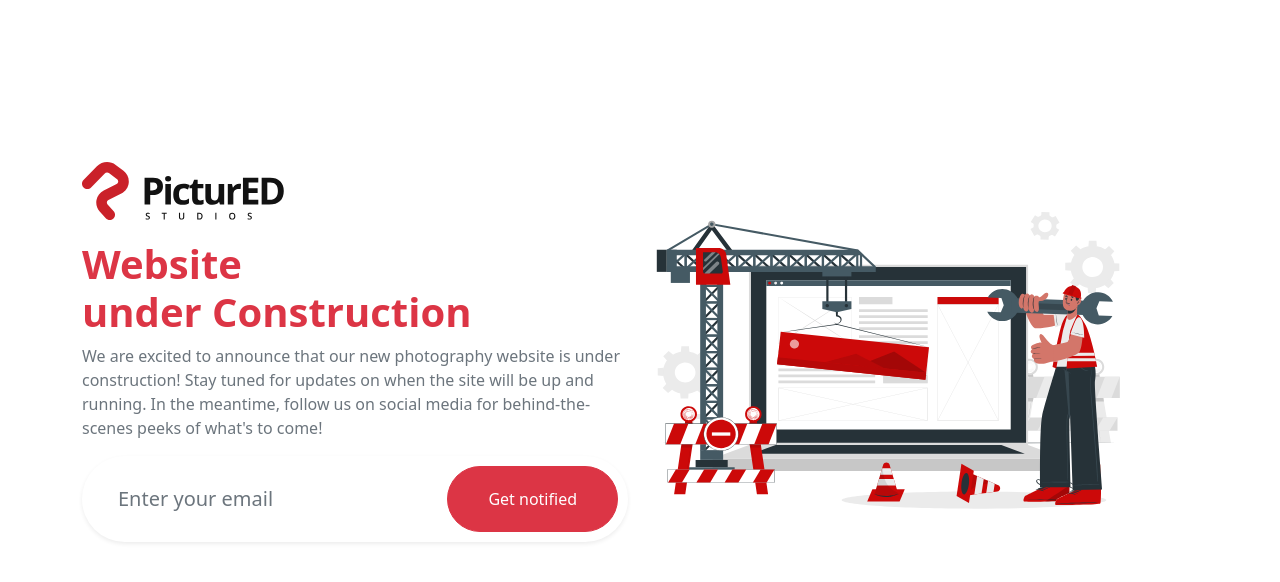
Repository: tHEO2k17/pictured
Page: /
An editor plug-in stored every save of this project. The page is shown before and after the next save, followed by the edit.
The browser window is 1280 px wide. The pictures show the whole page.
The project was rebuilt for these pictures with package versions that can differ from the ones it lists, and the page was loaded fresh each time.

Above is the page before, as saved 2022-09-14 14:30:30.

### src/index.scss
@import '~bootstrap/scss/bootstrap.scss';

.input-group {
  // border: 1px solid #eee;
  border-radius: 50px;
  padding: 10px 10px 10px 20px;
}

.input-group > :not(:first-child):not(.dropdown-menu):not(.valid-tooltip):not(.valid-feedback):not(.invalid-tooltip):not(.invalid-feedback) {
  margin-left: 20px;
  border-radius: 50px;
  font-size: 16px;
  padding: 20px 40px 20px 40px ;
}

.form-control {
  border: unset;
}

.form-control:focus {
  background-color: #fff;
  border-color: unset;
  outline: 0;
  box-shadow: unset;
}

### src/App.tsx
import React from "react";
import {
  Container,
  Col,
  Row,
  Image,
  InputGroup,
  Button,
  Form,
} from "react-bootstrap";
import logo from "./core/res/images/logo.svg";
import sideImage from "./core/res/images/side-image.svg";

function App() {
  return (
    <Container className="min-vh-100">
      <Row className="min-vh-100 align-items-center">
        <Col>
          <Image src={logo} />
          <h1 className="text-danger fw-bold mt-3">
            Website <br /> under Construction
          </h1>

          <p className="text-muted">
            We are excited to announce that our new photography website is under
            construction! Stay tuned for updates on when the site will be up and
            running. In the meantime, follow us on social media for
            behind-the-scenes peeks of what's to come!
          </p>

          <InputGroup size="lg" className="mt-3 mb-3 shadow-sm">
            <Form.Control
              placeholder="Enter your email"
              aria-label="Enter your email"
              aria-describedby="basic-addon2"
            />
            <Button variant="danger" id="button-addon2">
              Get notified
            </Button>
          </InputGroup>

          {/* <Row>
            <Col md={{ span: 8, offset: 2 }}>
              <InputGroup className="mb-3 ">
                <Form.Control
                  placeholder="Recipient's username"
                  aria-label="Recipient's username"
                  aria-describedby="basic-addon2"
                />
                <Button variant="outline-secondary" id="button-addon2">
                  Button
                </Button>
              </InputGroup>
            </Col>
          </Row> */}
        </Col>
        <Col>
          <Image src={sideImage} />
        </Col>
      </Row>
    </Container>
  );
}

export default App;

Loaded but not shown: public/index.html (common file); src/index.tsx (common file)

After the next save:
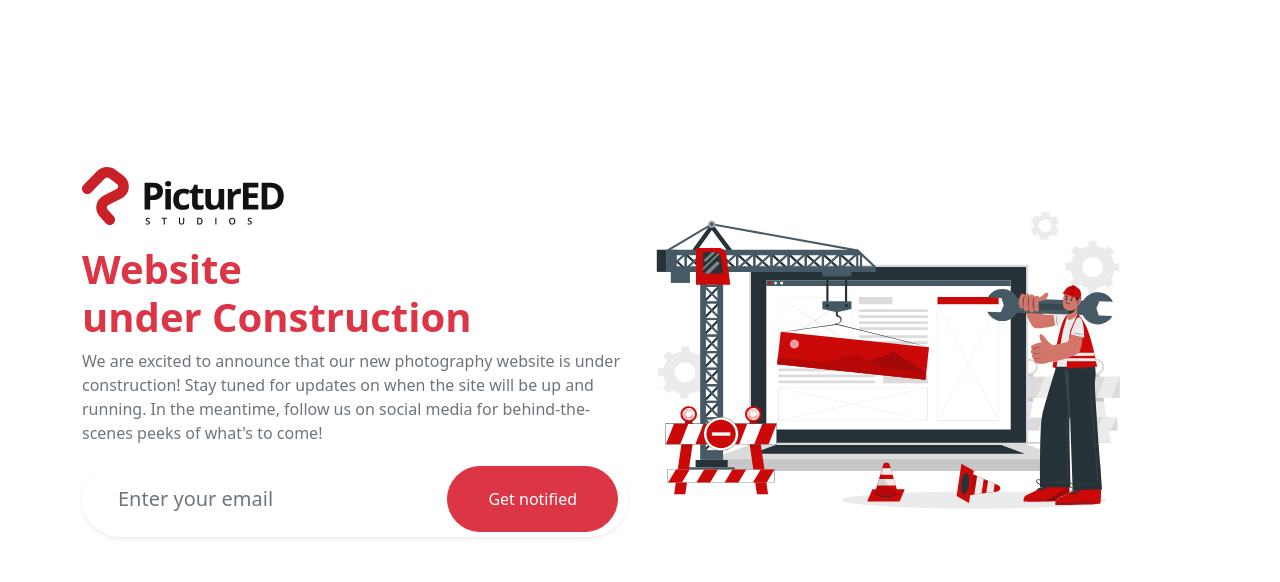
Saved 2 min 47 s later.
--- a/src/index.scss
+++ b/src/index.scss
@@ -3,7 +3,7 @@
 .input-group {
   // border: 1px solid #eee;
   border-radius: 50px;
-  padding: 10px 10px 10px 20px;
+  padding: 5px 10px 5px 20px;
 }
 
 .input-group > :not(:first-child):not(.dropdown-menu):not(.valid-tooltip):not(.valid-feedback):not(.invalid-tooltip):not(.invalid-feedback) {
